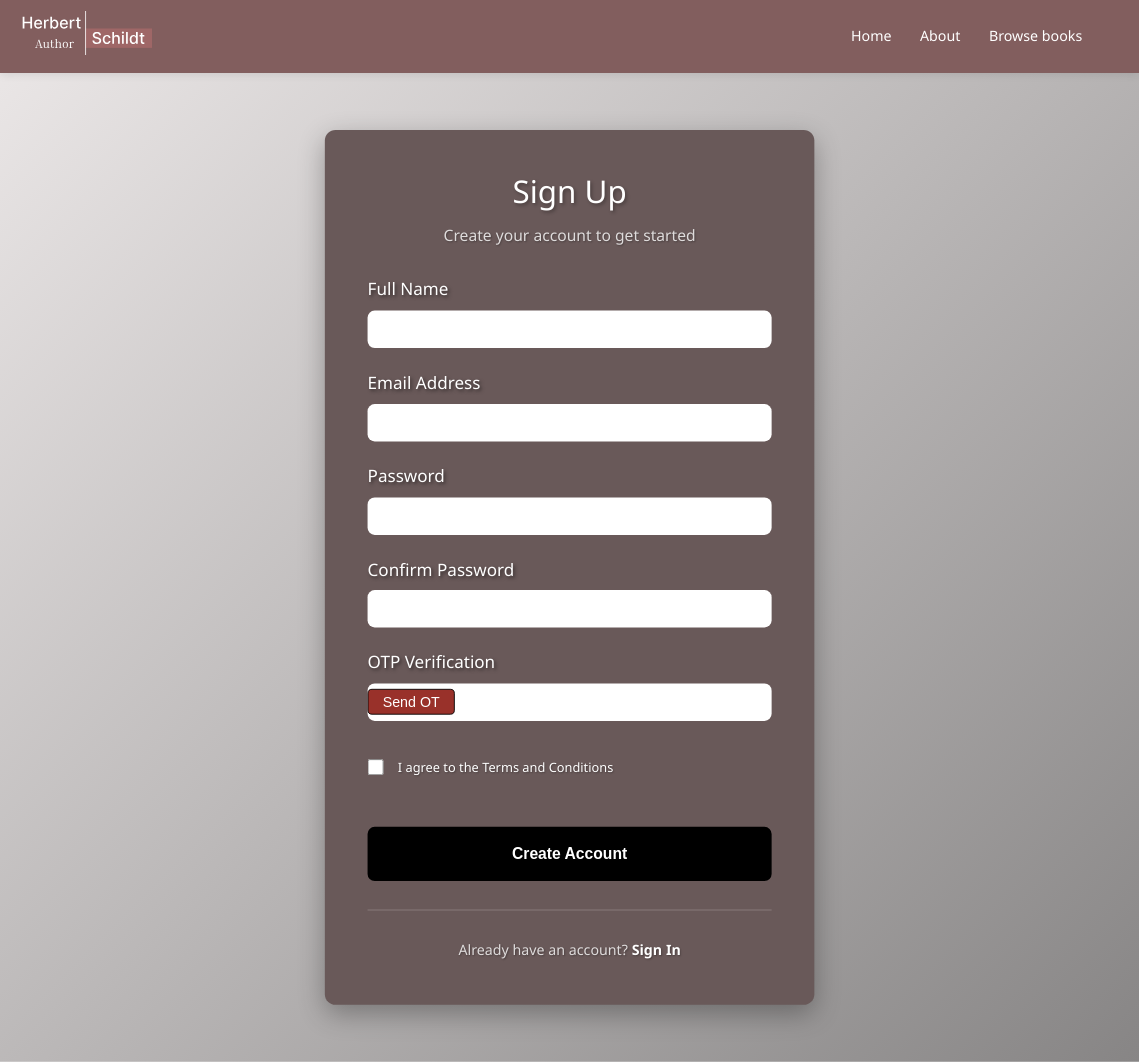
Repository: Darkrepo23/Author-Website-
Page: pages/signup.html
An editor plug-in stored every save of this project. The page is shown before and after the next save, followed by the edit.
The browser window is 1280 px wide. The pictures show the whole page, at 89% of full size.

Above is the page before, as saved 2025-09-23 14:04:28.
Console error: SyntaxError: Unexpected token ':'

After the next save:
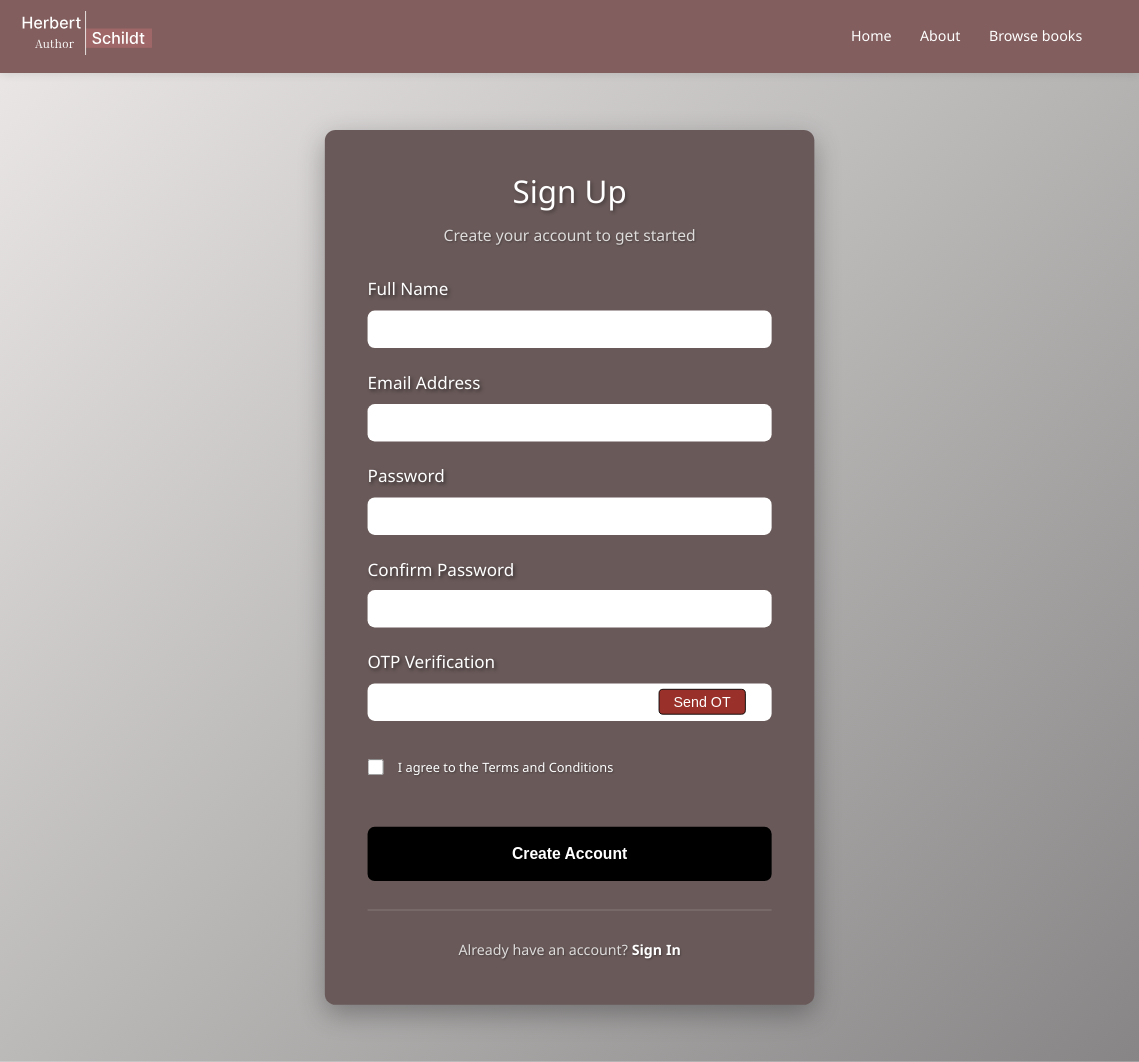
Saved 13 s later.
--- a/css/login.css
+++ b/css/login.css
@@ -161,7 +161,7 @@
     border: 1px solid black;
     border-radius: 5px;
     color: white;
-    left: 0%;
+    left: 72%;
     cursor: pointer;
     background-color: rgb(153, 49, 42);
 }
